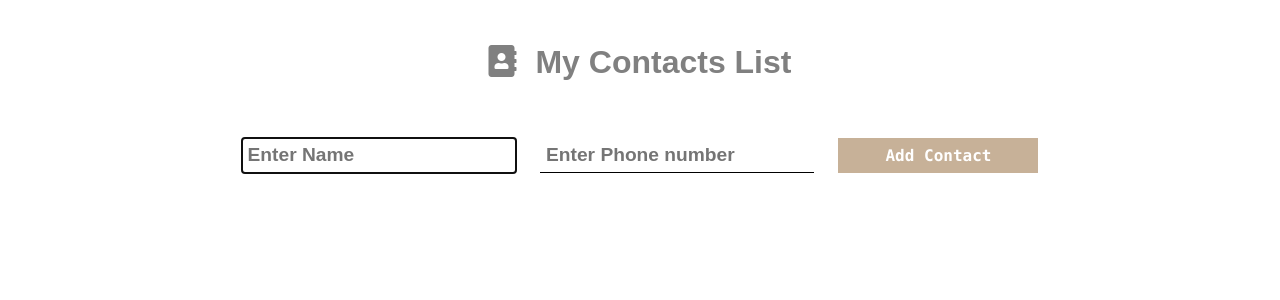
Repository: Sayan-100/Contact-List
Page: http://localhost/
The author's editor kept a copy of each file at every save. The page is drawn from the files as they stood at one save, then again after the next save.
The browser window is 1280 px wide. The pictures show the whole page.
The first visible `input` has the focus.
Some web libraries are served in a nearby version. The page is served by the project's Node server (index.js). Queries for data that is not in the repository find no rows.

Above is the page before, as saved 2022-01-10 15:53:54.

After the next save:
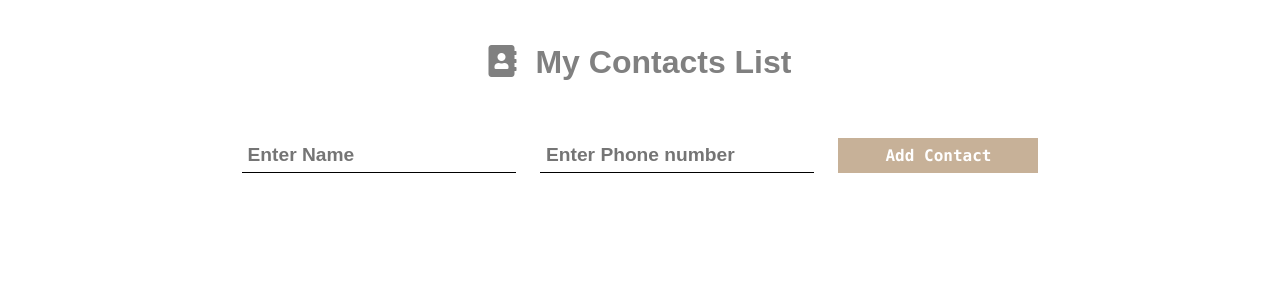
Saved 21 h 25 min later.
--- a/assets/css/home.css
+++ b/assets/css/home.css
@@ -92,3 +92,7 @@
     button {
         margin-top: 20px;
     }
+
+    input:focus {
+        outline: none;
+    }
